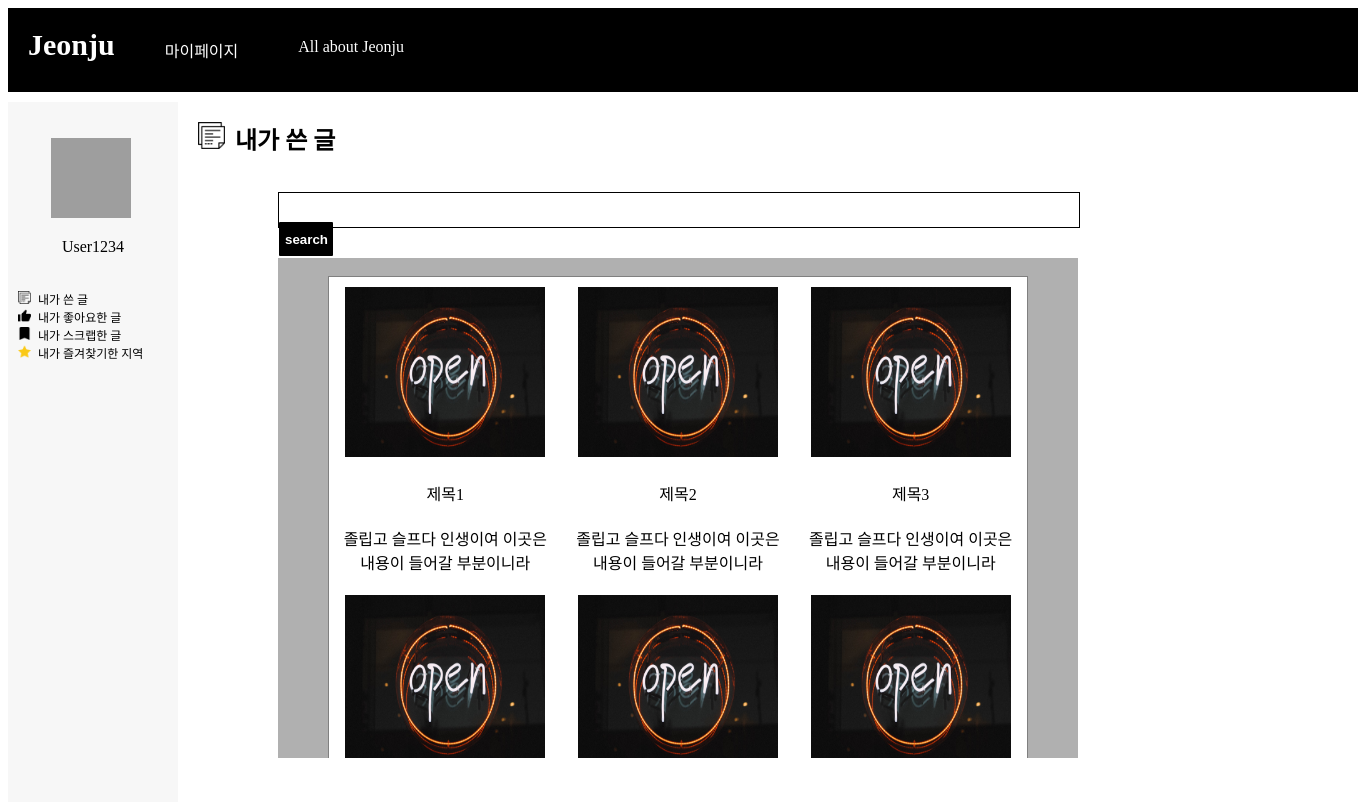
Repository: wka99/WEB-PROJECT
Page: http://localhost/Jeonju/UserPage.html
These files come from the project's save history. The page is drawn as it stood at one moment and after the next save; the edit follows.
The browser window is 1280 px wide. The page is 1358 px wide, so the pictures cover 1358 px, including what lies to the right of the window. The pictures show the whole page.
Pictures or frames that could not be fetched are drawn as grey boxes. An inner scrolling area shows only its first screen. The page is served by Tomcat 9.

Above is the page before, as saved 2018-11-29 07:49:41.

After the next save:
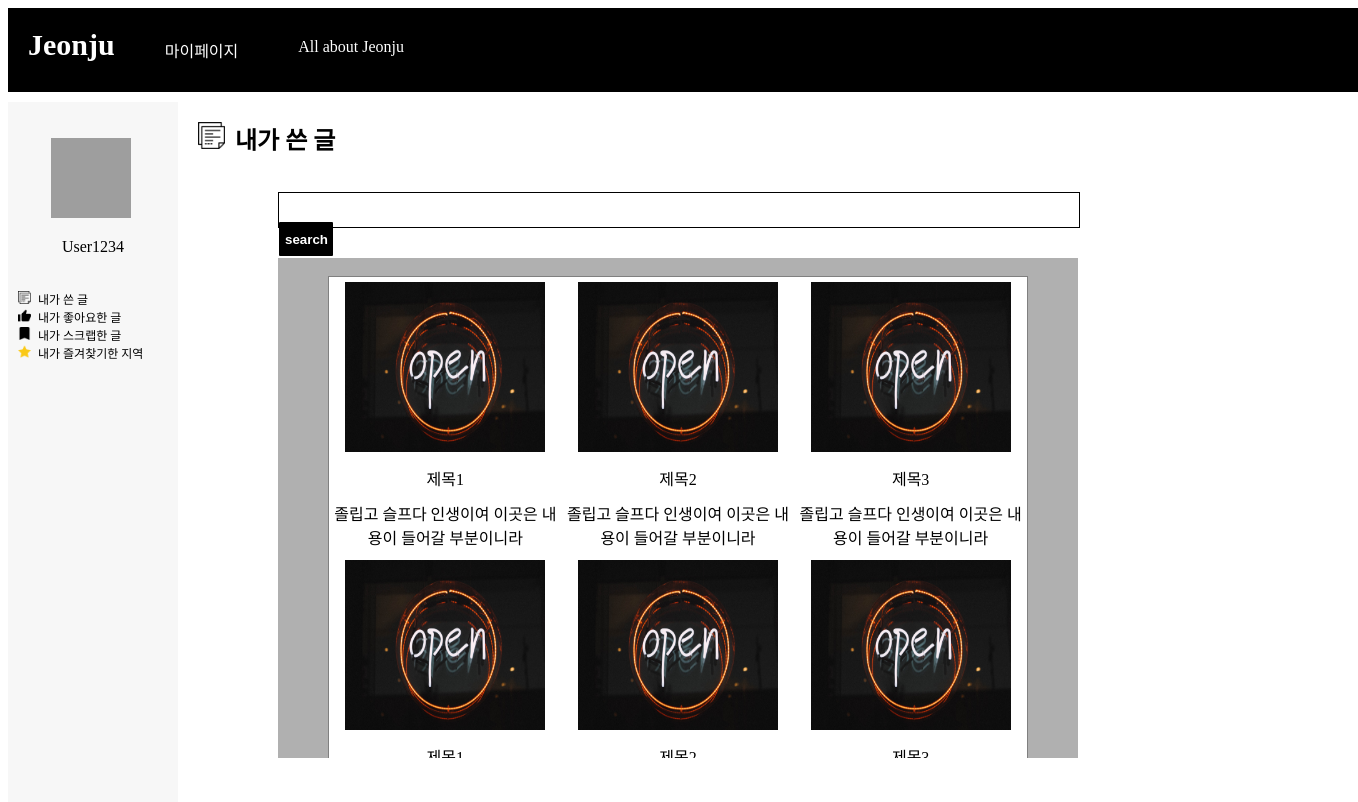
Saved 35 s later.
--- a/Jeonju/WebContent/NewFile.css
+++ b/Jeonju/WebContent/NewFile.css
@@ -125,4 +125,4 @@
     .myPost{width:800px; height:500px; margin-left:100px; overflow:auto; background-color:#b0b0b0;}
     #user-table{margin:0 auto;text-align:center;border-collapse:collapse;width:700px;
                 border:1px solid gray; background-color:white;}
-    #user-table td{padding:10px;}
+    #user-table td{padding:5px;}
